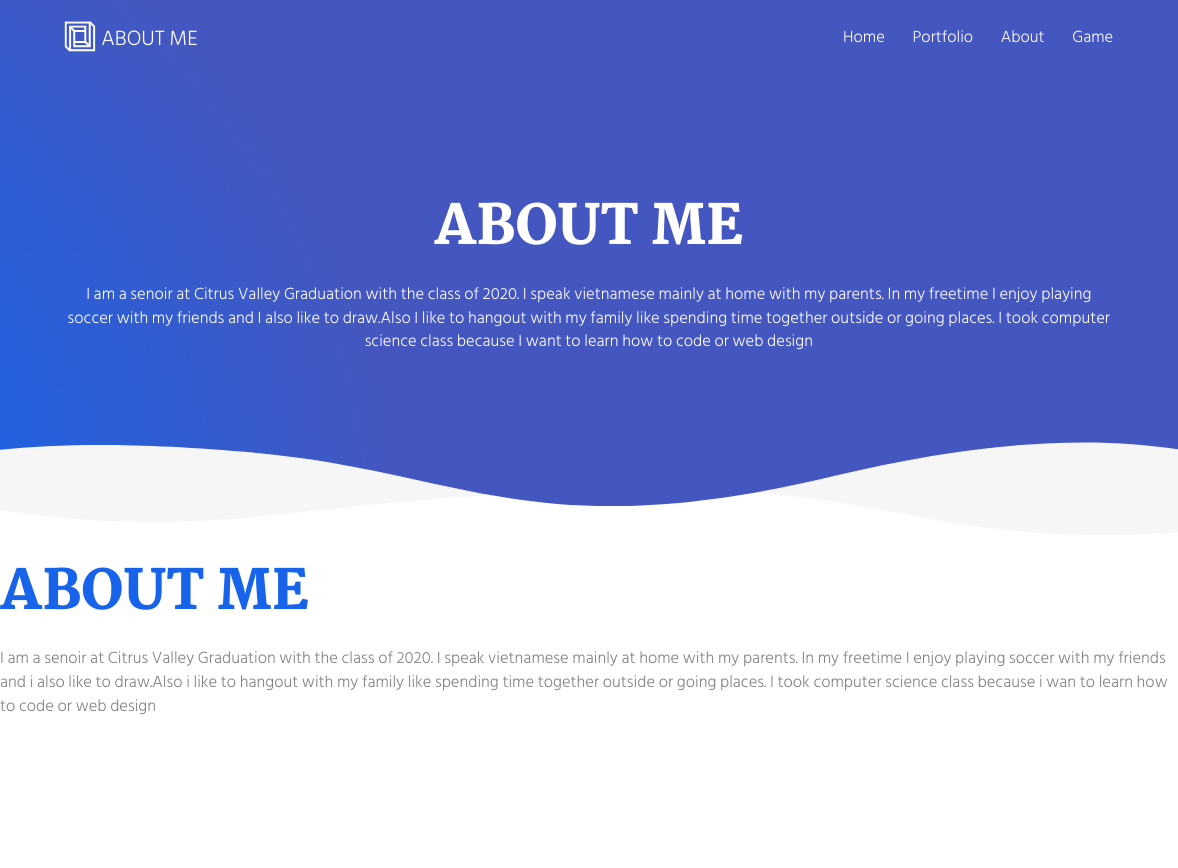
Repository: KevinBach02/KevinBach02.github.io
Page: about.html
The author's editor kept a record of every edit. The page is drawn from the files as they stood at one moment, then again after the next edit.
The browser window is 1280 px wide. The pictures show the whole page, at 92% of full size.

Above is the page before.

After the next edit:
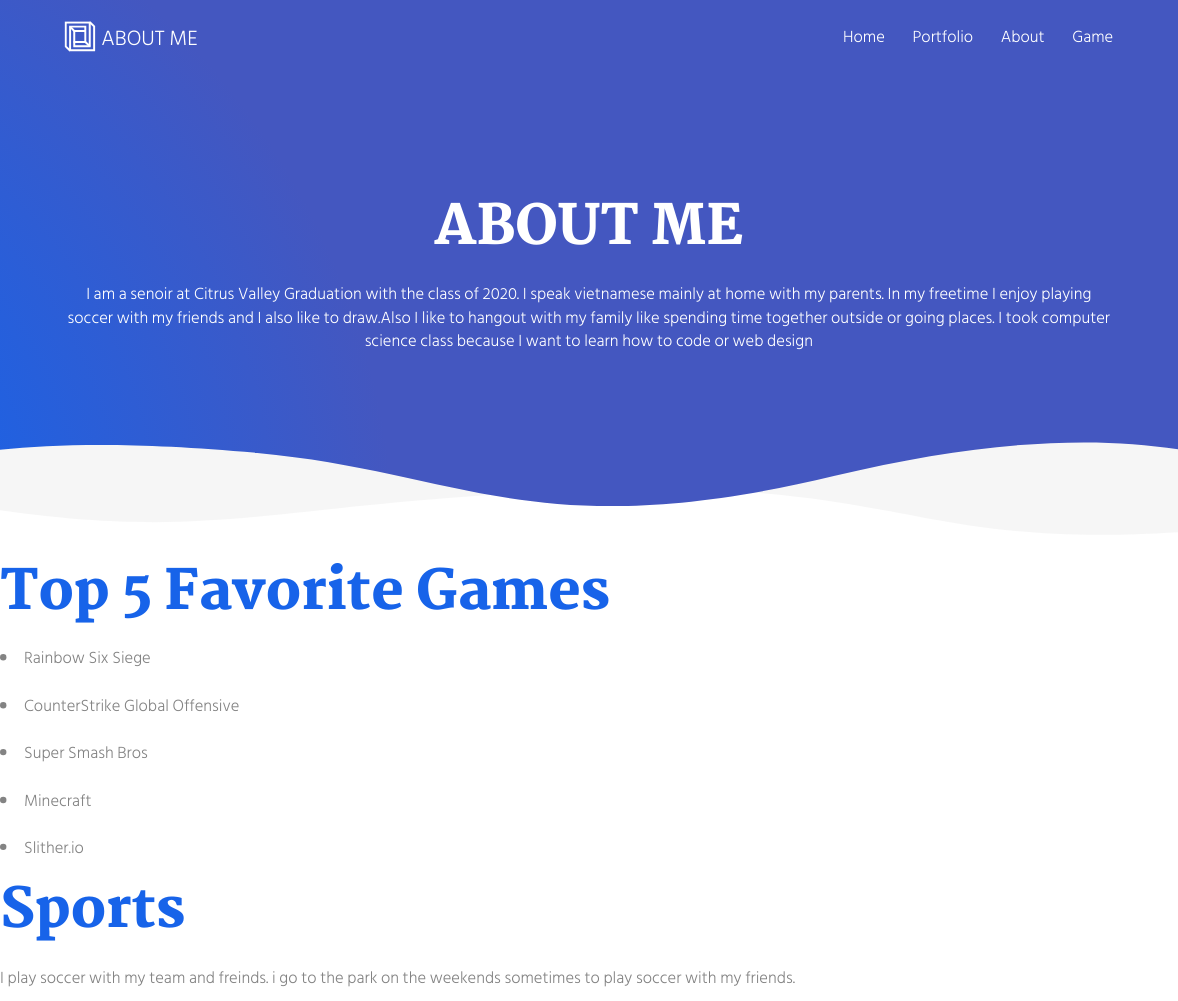
The edit:
--- a/about.html
+++ b/about.html
@@ -66,21 +66,17 @@
     </div>
   </div>
 <!-- Add your site or app content here -->
-          <h1>ABOUT ME</h1>
-          <p>I am a senoir at Citrus Valley Graduation with the class of 2020. I speak
-    vietnamese mainly at home with my parents. In my freetime I enjoy playing
-    soccer with my friends and i also like to draw.Also i like to hangout with
-    my family like spending time together outside or going places. I took computer
-    science class because i wan to learn how to code or web design</p>
-        </div>
-      </div>
-    </div>
-  </div>
-  <div class="section-container">
-    <div class="container text-center">
-      <div class="row section-container-spacer">
-        <div class="col-xs-12 col-md-12">
-
+<h1>Top 5 Favorite Games</h1
+       <ol>
+       <li>Rainbow Six Siege</li> <br>
+       <li>CounterStrike Global Offensive</li> <br>
+       <li>Super Smash Bros</li> <br>
+       <li>Minecraft</li> <br>
+       <li>Slither.io</li>
+       </ol>
+        <h1>Sports</h1>
+    <p>I play soccer with my team and freinds. i go to the park on the weekends
+    sometimes to play soccer with my friends.</p>
 <script>
   document.addEventListener("DOMContentLoaded", function (event) {
     navbarFixedTopAnimation();
